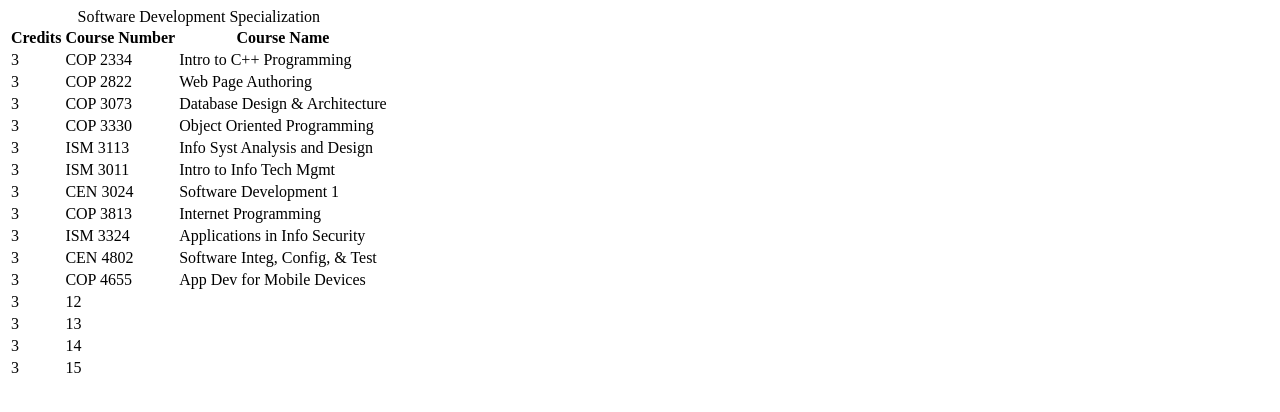
Repository: mlmEFSC21/P3-DegreeSpecializationTable
Page: index.html
These files come from the project's save history. The page is drawn as it stood at one moment and after the next save; the edit follows.
The browser window is 1280 px wide. The pictures show the whole page.

Above is the page before, as saved 2022-01-30 20:39:44.

After the next save:
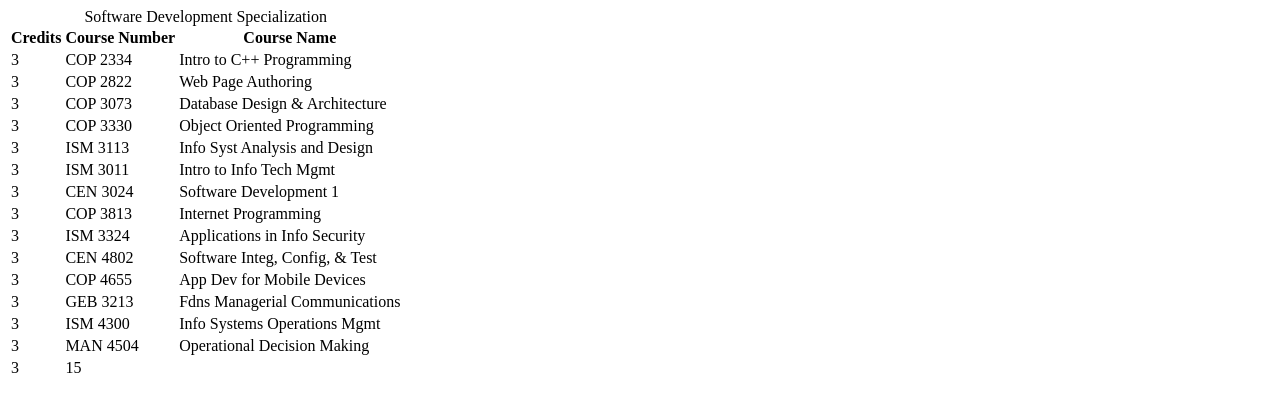
Saved 75 s later.
--- a/index.html
+++ b/index.html
@@ -73,18 +73,18 @@
             </tr>
             <tr>
                 <td>3</td>
-                <td>12</td>
-                <td></td>
+                <td>GEB 3213</td>
+                <td>Fdns Managerial Communications</td>
             </tr>
             <tr>
                 <td>3</td>
-                <td>13</td>
-                <td></td>
+                <td>ISM 4300</td>
+                <td>Info Systems Operations Mgmt</td>
             </tr>
             <tr>
                 <td>3</td>
-                <td>14</td>
-                <td></td>
+                <td>MAN 4504</td>
+                <td>Operational Decision Making</td>
             </tr>
             <tr>
                 <td>3</td>
